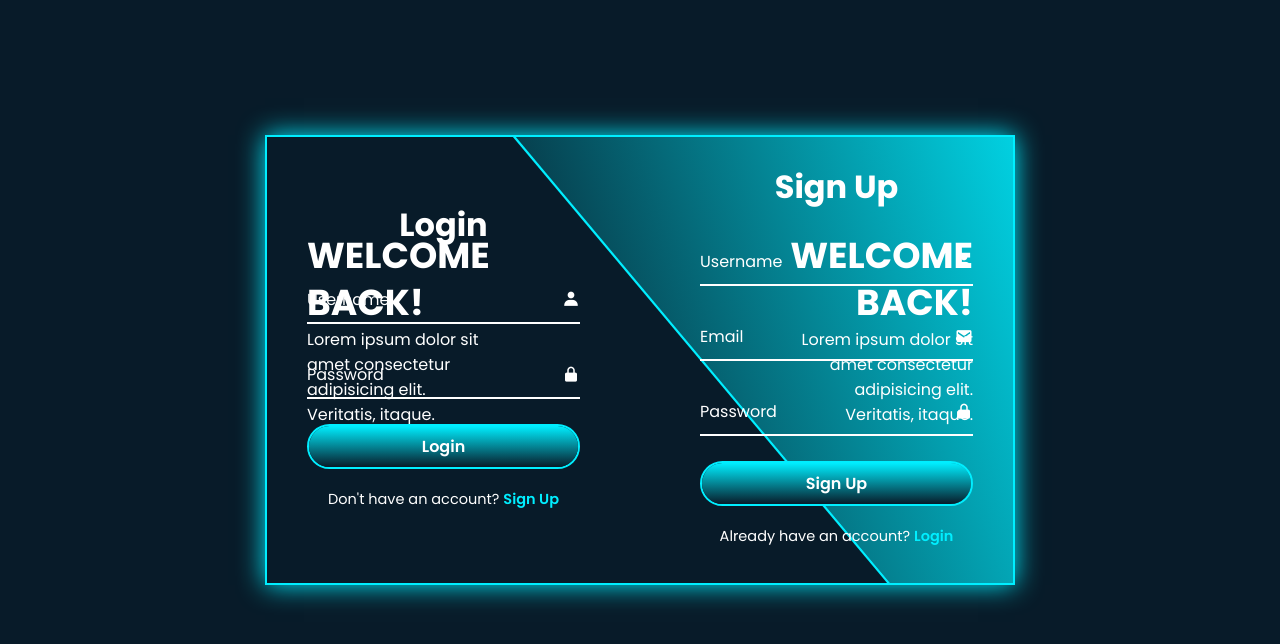
Repository: swastikjhacoder/Login-Registration-HTML
Page: index.html
An editor plug-in stored every save of this project. The page is shown before and after the next save, followed by the edit.
The browser window is 1280 px wide. The pictures show the whole page.

Above is the page before, as saved 2023-09-18 18:57:07.

After the next save:
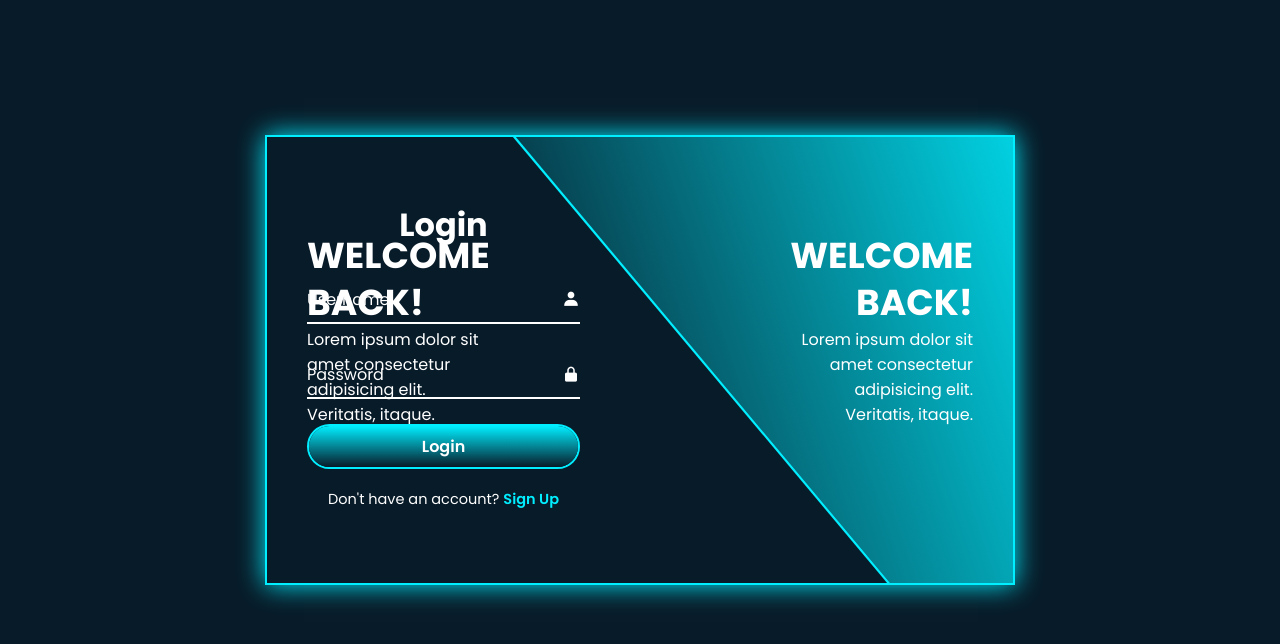
Saved 4 s later.
--- a/style.css
+++ b/style.css
@@ -60,7 +60,7 @@ body {
 }
 
 .wrapper .form-box.register .animation {
-    transform: translateX();
+    transform: translateX(120%);
 }
 
 .form-box h2 {
